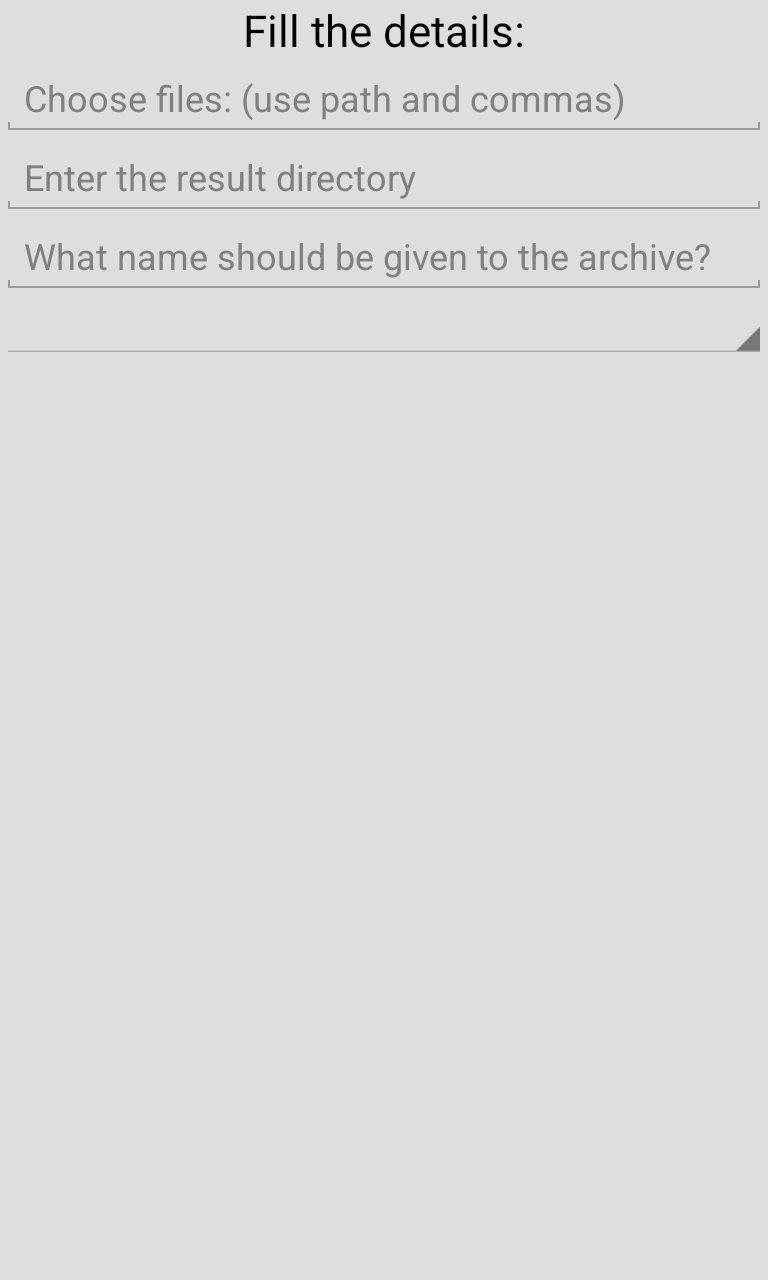
Repository: ya-ivanov/Android-Projects
Layout: Android Projects (OLD)/Zip It!/ZipIt/res/layout/activity_main.xml
An editor plug-in stored every save of this project. The layout is shown before and after the next save, followed by the edit.
It is drawn on a 768 x 1280 px phone screen (xhdpi) without system bars, with theme AppTheme; the app's code is not run.

Above is the layout before, as saved 2013-12-11 20:18:05.

After the next save:
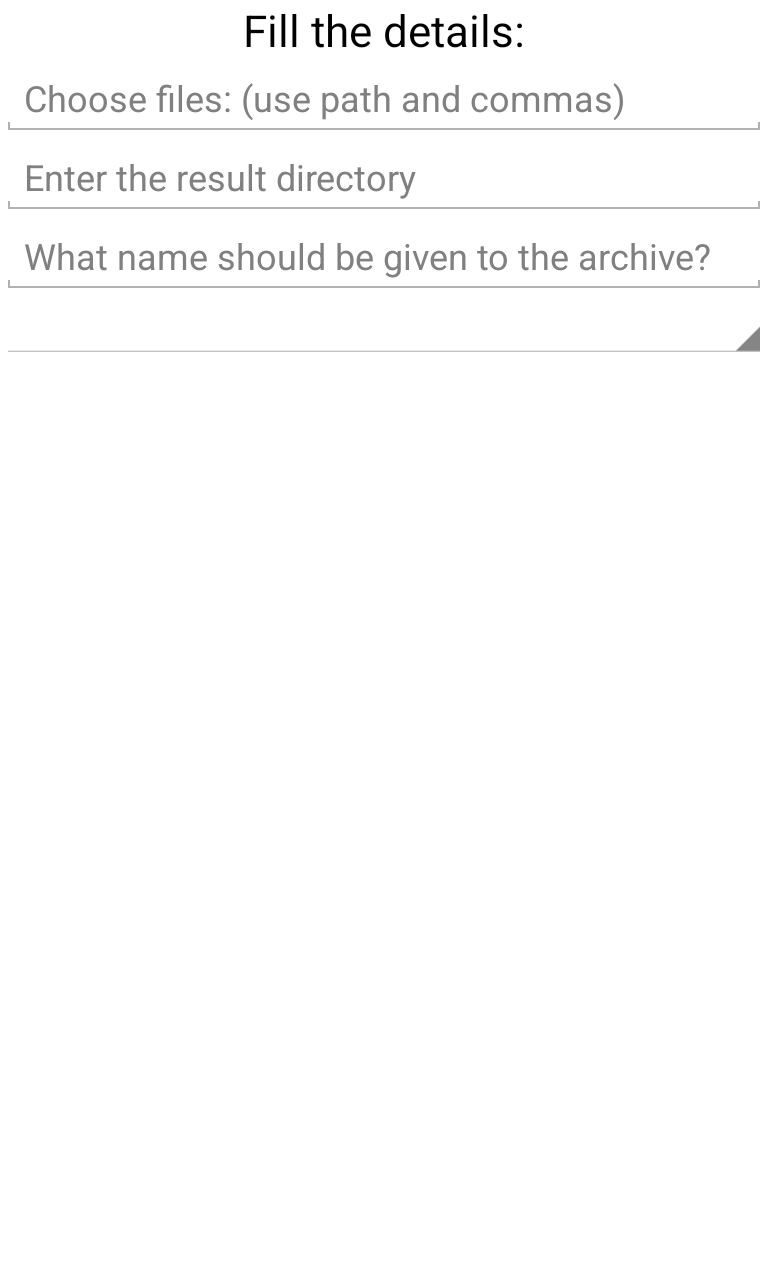
Saved 15 s later.
--- a/Android Projects (OLD)/Zip It!/ZipIt/res/layout/activity_main.xml
+++ b/Android Projects (OLD)/Zip It!/ZipIt/res/layout/activity_main.xml
@@ -1,7 +1,6 @@
 <LinearLayout xmlns:android="http://schemas.android.com/apk/res/android"
     android:layout_width="fill_parent"
     android:layout_height="fill_parent"
-    android:background="#dedede"
     android:orientation="vertical" >
 
     <TextView
